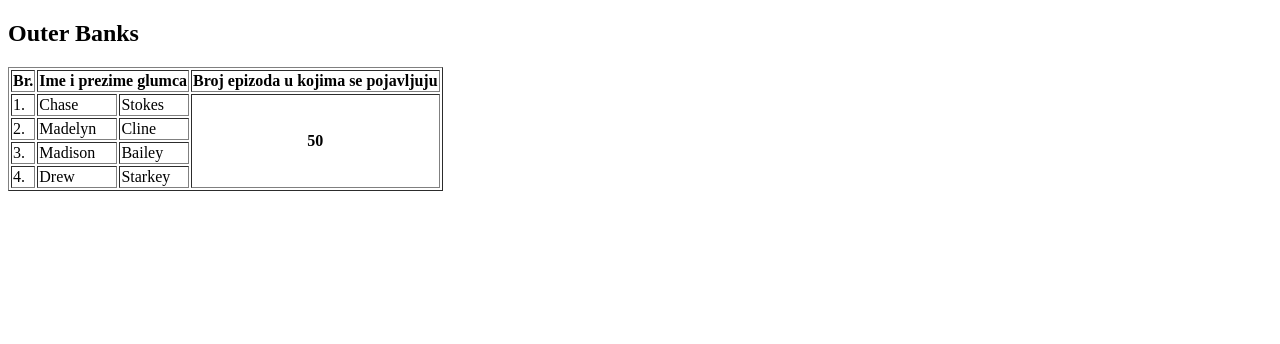
Repository: larabiondic/wp_biondic_lara
Page: Domace zadace/Zadaća.2.html
These files come from the project's save history. The page is drawn as it stood at one moment and after the next save; the edit follows.
The browser window is 1280 px wide. The pictures show the whole page.

Above is the page before, as saved 2025-11-03 20:27:39.

After the next save:
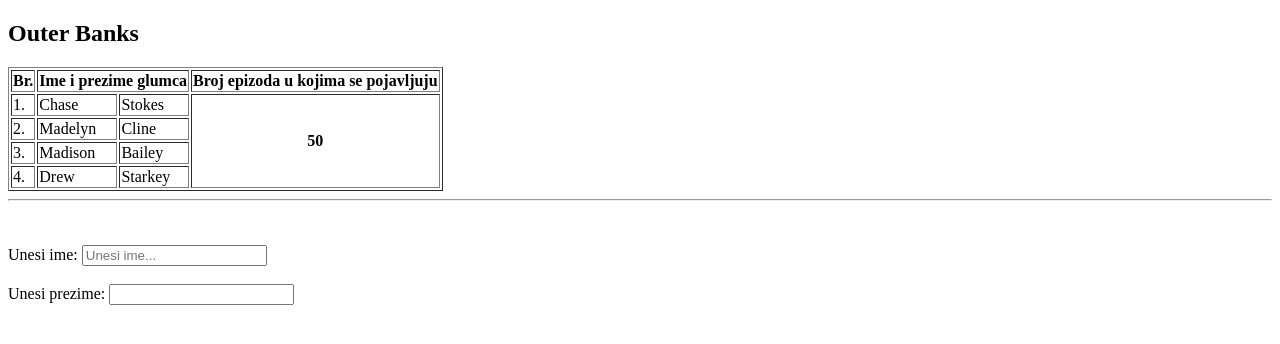
Saved 101 s later.
--- a/Domace zadace/Zadaća.2.html
+++ b/Domace zadace/Zadaća.2.html
@@ -41,6 +41,15 @@
         </tr>
 
     </table>
-
+    <hr>
+    <br><br>
+    <form action="#" method="get">
+        <label for="ime">Unesi ime:</label>
+        <input type="text" id="Ime" placeholder="Unesi ime...">
+        <br>
+        <br>
+        <label for="prezime">Unesi prezime:</label>
+        <input type="text" id="prezime">
+    </form>
 </body>
 </html>
